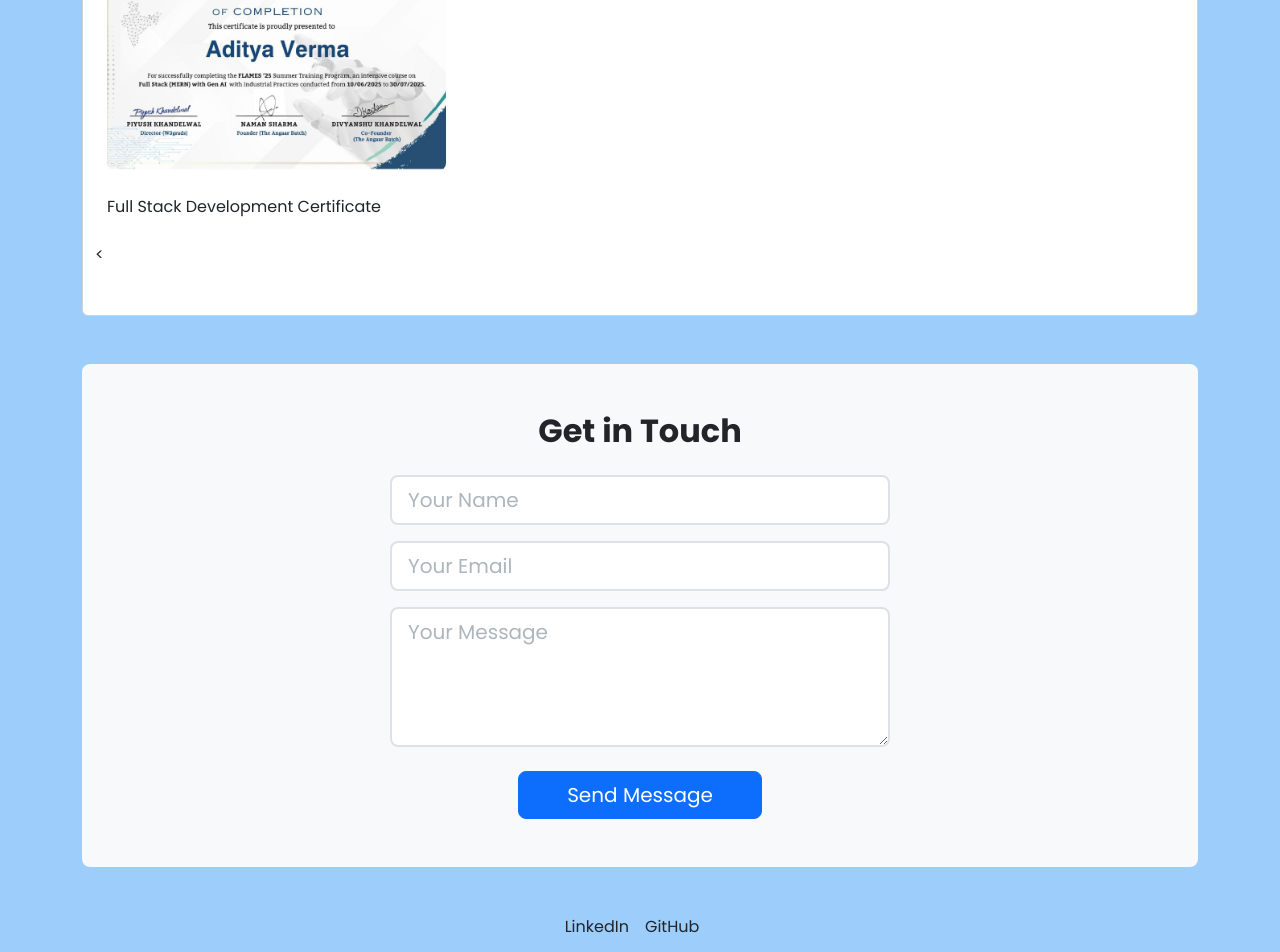
Repository: AdityaTech-Pro/Portfolio-Aditya-Verma
Page: Aditya Portfolio/index.html
An editor plug-in stored every save of this project. The page is shown before and after the next save, followed by the edit.
The browser window is 1280 px wide. The pictures show the part of the page from y = 4511 to 5463 px (the page is 5554 px tall before and 5530 px after).

Above is the page before, as saved 2026-01-08 00:25:04.

### Aditya Portfolio/index.html
<!DOCTYPE html>
<html lang="en">

<head>
    <meta charset="UTF-8">
    <meta name="viewport" content="width=device-width, initial-scale=1.0">
    <title>My Portfolio - Bootstrap Utilities</title>
    <!-- Bootstrap CSS -->
    <link href="https://cdn.jsdelivr.net/npm/bootstrap@5.3.2/dist/css/bootstrap.min.css" rel="stylesheet">
    <!-- Font Awesome for icons -->
    <link rel="stylesheet" href="https://cdnjs.cloudflare.com/ajax/libs/font-awesome/6.4.2/css/all.min.css">
    <!-- Google Font: Poppins -->
    <link href="https://fonts.googleapis.com/css2?family=Poppins:wght@300;400;600;700&display=swap" rel="stylesheet">
    <!-- Local custom styles -->
    <link rel="stylesheet" href="styles.css">
    <style>
        /* Custom styles to complement Bootstrap */

         :root {
            --bg: #9dcdfa;
            --card-bg: #ffffff;
            --accent: #0d6efd;
            --text: #212529;
        }

        body {
            background-color: var(--bg);
            color: var(--text);
            transition: background-color 0.3s ease, color 0.3s ease;
        }

        .profile-section {
            background: linear-gradient(to bottom, #f8f9fa, #e9ecef);
            transition: transform 0.3s ease, background 0.3s ease;
        }
        /* Top bar with theme toggle */

        .topbar {
            display: flex;
            justify-content: flex-end;
            align-items: center;
            gap: 1rem;
            margin-bottom: 1rem;
        }

        .theme-toggle {
            display: inline-flex;
            align-items: center;
            gap: 0.5rem;
            background: transparent;
            border: 1px solid rgba(0, 0, 0, 0.08);
            padding: 0.6rem 1rem;
            border-radius: 999px;
            cursor: pointer;
            color: var(--text);
            transition: all 0.3s ease;
        }

        .theme-toggle:hover {
            background: rgba(0, 0, 0, 0.05);
            transform: translateY(-1px);
        }

        .theme-toggle:active {
            transform: translateY(1px);
        }

        .theme-toggle i {
            font-size: 1.1rem;
        }

        .theme-toggle .fa-sun {
            color: #ff9500;
        }

        .theme-toggle .fa-moon {
            display: none;
            color: #6366f1;
        }

        .dark-theme .theme-toggle .fa-sun {
            display: none;
        }

        .dark-theme .theme-toggle .fa-moon {
            display: inline-block;
        }

        .btn-custom {
            transition: transform 0.3s ease;
        }

        .btn-custom:hover {
            transform: translateY(-2px);
        }

        .form-control:focus {
            box-shadow: 0 0 0 0.25rem rgba(13, 110, 253, 0.2);
        }

        .profile-img {
            width: 200px;
            height: 200px;
            object-fit: cover;
            border: 4px solid white;
            box-shadow: 0 4px 6px rgba(0, 0, 0, 0.1);
            transition: transform 0.25s ease;
        }

        .profile-img:hover {
            transform: scale(1.03);
        }
        /* Dark theme overrides */

        body.dark-theme {
            --bg: #0f1724;
            --card-bg: #111827;
            --muted: #9ca3af;
            --accent: #60a5fa;
            --text: #e6eef8;
        }

        .dark-theme .profile-section {
            background: linear-gradient(180deg, rgba(255, 255, 255, 0.02), rgba(255, 255, 255, 0.01));
        }

        .dark-theme .bg-light {
            background-color: #0b1220 !important;
            color: var(--text) !important;
            border: 1px solid rgba(255, 255, 255, 0.04);
        }

        .dark-theme .text-muted {
            color: var(--muted) !important;
        }

        .dark-theme .theme-toggle {
            border-color: rgba(255, 255, 255, 0.1);
        }

        .dark-theme .theme-toggle:hover {
            background: rgba(255, 255, 255, 0.05);
        }
        /* Small polish */

        .max-width-500 {
            max-width: 500px;
        }

        footer a {
            color: inherit;
        }

        @media (max-width: 768px) {
            .profile-img {
                width: 150px;
                height: 150px;
            }
            .topbar {
                justify-content: center;
            }
        }
        /* Project section styles */

        .project-img {
            height: 250px;
            object-fit: cover;
            border-radius: 8px;
        }

        .project-card {
            transition: transform 0.3s ease;
            background: var(--card-bg);
        }

        .project-card:hover {
            transform: translateY(-5px);
        }

        .project-links a {
            transition: opacity 0.3s ease;
        }

        .project-links a:hover {
            opacity: 0.8;
        }

        .video-container {
            position: relative;
            padding-bottom: 56.25%;
            /* 16:9 aspect ratio */
            height: 0;
            overflow: hidden;
            border-radius: 8px;
        }

        .video-container iframe {
            position: absolute;
            top: 0;
            left: 0;
            width: 100%;
            height: 100%;
            border: 0;
        }
    </style>
</head>

<body>
    <!-- Main Container -->
    <div class="container py-5">
        <!-- Top bar: theme toggle and quick actions -->
        <div class="topbar">
            <button id="themeToggle" class="theme-toggle" aria-pressed="false" aria-label="Toggle dark mode">
                <i class="fas fa-sun" aria-hidden="true"></i>
                <i class="fas fa-moon" aria-hidden="true"></i>
                <span class="visually-hidden">Toggle theme</span>
            </button>
        </div>
        <!-- Profile Section -->
        <section class="profile-section p-5 rounded-3 text-center mb-5">
            <img src="https://avatars.githubusercontent.com/u/219658559?s=400&u=7e5a78b2bf82817b3f897e4e53b1019b24af58ee&v=4" alt="Profile Picture" class="profile-img img-fluid rounded-circle mb-4">

            <h1 class="fw-bold mb-2">Aditya Verma</h1>
            <p class="text-muted fs-5 mb-4">Full Stack Web Developer who loves turning ideas into high-performance web applications. With expertise in full-stack MERN development, APIs, and AI 🧠⚙️, I focus on building smart, scalable solutions, Have Command on DSA while solving 500+
                Problem on Leetcode and Well aware about Oop 's ,DBMS ,Computer Network, OS</p>

            <!-- Action Buttons -->
            <div class="d-flex justify-content-center gap-3 mb-5">
                <button class="btn btn-primary btn-lg btn-custom">
                    Hire Me
                </button>
                <a href="./assets/AdityaVerma_Resume.pdf" class="btn btn-outline-primary " download>
                    <i class="fas fa-download me-2"></i>Download CV
                </a>
                <a href="https://www.linkedin.com/in/9905adityaverma/" class="btn btn-outline-primary " target="_blank ">
                    <i class="fa:linkedin-square"></i>My LinkedIn
                </a>
                <a href="https://github.com/AdityaTech-Pro" class="btn btn-outline-primary " target="_blank ">
                    <i class="fab fa-github me-2 "></i>My GitHub
                </a>

            </div>
        </section>

        <!-- Projects Section -->
        <section class="mb-5">
            <h2 class="text-center fw-bold mb-5"> My Projects</h2>

            <!--Project1-->
            <div class="card project-card mb-5">
                <div class="card-body p-4">
                    <h3 class="card-title fw-bold mb-3">AI-Based-Investor-Startup-Matchmaking-Platform</h3>

                    <!-- Project Images -->
                    <div class="row g-4 mb-4">
                        <div class="col-md-4">
                            <img src="./assets/P1a.png" alt="Project Screenshot 1" class="project-img img-fluid w-100">
                        </div>
                        <div class="col-md-4">
                            <img src="./assets/P1b.png" alt="Project Screenshot 2" class="project-img img-fluid w-100">
                        </div>
                        <div class="col-md-4">
                            <img src="./assets/P1c.png" alt="Project Screenshot 3" class="project-img img-fluid w-100">
                        </div>
                    </div>

                    <!-- Project Video -->
                    <div class="video-container mb-4">
                        <iframe src="./assets/Project (AI based S&IP).mp4" title="Project Demo " allow="accelerometer; autoplay; clipboard-write; encrypted-media; gyroscope; picture-in-picture " allowfullscreen></iframe>
                    </div>

                    <!-- Project Description -->
                    <p class="card-text mb-4 ">
                        An innovative platform that uses artificial intelligence to match investors with promising startups based on various parameters including industry focus, investment stage, funding requirements, and growth metrics.
                    </p>

                    <!-- Project Links -->
                    <div class="project-links d-flex gap-3 ">
                        <a href="http://localhost:3000 " class="btn btn-outline-primary " target="_blank ">
                            <i class="fas fa-laptop-code me-2 "></i>Live Demo
                        </a>
                        <a href="https://github.com/KS-Vijay/AI-Based-Investor-Startup-Matchmaking-Platform " class="btn btn-outline-dark " target="_blank ">
                            <i class="fab fa-github me-2 "></i>GitHub Repository
                        </a>
                    </div>
                </div>
            </div>

            <!--Project2-->
            <div class="card project-card mb-5 ">
                <div class="card-body p-4 ">
                    <h3 class="card-title fw-bold mb-3 ">Lung Cancer Detection using Convolutional Neural Network (CNN)</h3>

                    <!-- Project Images -->
                    <div class="row g-4 mb-4 ">
                        <div class="col-md-4 ">
                            <img src="./assets/P2a.png " alt="Project Screenshot 1 " class="project-img img-fluid w-100 ">
                        </div>
                        <div class="col-md-4 ">
                            <img src="./assets/P2b.png " alt="Project Screenshot 2 " class="project-img img-fluid w-100 ">
                        </div>
                        <div class="col-md-4 ">
                            <img src="./assets/P2c.png " alt="Project Screenshot 3 " class="project-img img-fluid w-100 ">
                        </div>
                    </div>

                    <!-- Project Video -->
                    <div class="video-container mb-4 ">
                        <iframe src="./assets/Project Lung Cancer Detection using Full Stack MERN and AIML CNN Model.mp4 " title="Project Demo " allow="accelerometer; autoplay; clipboard-write; encrypted-media; gyroscope; picture-in-picture " allowfullscreen></iframe>
                    </div>

                    <!-- Project Description -->
                    <p class="card-text mb-4 ">
                        An innovative platform that uses artificial intelligence to match investors with promising startups based on various parameters including industry focus, investment stage, funding requirements, and growth metrics.
                    </p>

                    <!-- Project Links -->
                    <div class="project-links d-flex gap-3 ">
                        <a href="http://localhost:3000 " class="btn btn-outline-primary " target="_blank ">
                            <i class="fas fa-laptop-code me-2 "></i>Live Demo
                        </a>
                        <a href="https://github.com/AdityaTech-Pro/Lung-Cancer-Detection-using-Convolutional-Neural-Network" class="btn btn-outline-dark " target="_blank ">
                            <i class="fab fa-github me-2 "></i>GitHub Repository
                        </a>
                    </div>
                </div>
            </div>

            <!--Project3-->
            <div class="card project-card mb-5 ">
                <div class="card-body p-4 ">
                    <h3 class="card-title fw-bold mb-3 ">Braj Museum</h3>

                    <!-- Project Images -->
                    <div class="row g-4 mb-4 ">
                        <div class="col-md-4 ">
                            <img src="./assets/P3a.png " alt="Project Screenshot 1 " class="project-img img-fluid w-100 ">
                        </div>
                        <div class="col-md-4 ">
                            <img src="./assets/P3b.png " alt="Project Screenshot 2 " class="project-img img-fluid w-100 ">
                        </div>
                        <div class="col-md-4 ">
                            <img src="./assets/P3c.png " alt="Project Screenshot 3 " class="project-img img-fluid w-100 ">
                        </div>
                    </div>

                    <!-- Project Video -->
                    <div class="video-container mb-4 ">
                        <iframe src="./assets/Braj-Museum.mp4 " title="Project Demo " allow="accelerometer; autoplay; clipboard-write; encrypted-media; gyroscope; picture-in-picture " allowfullscreen></iframe>
                    </div>

                    <!-- Project Description -->
                    <p class="card-text mb-4 ">
                        An innovative platform that uses artificial intelligence to match investors with promising startups based on various parameters including industry focus, investment stage, funding requirements, and growth metrics.
                    </p>

                    <!-- Project Links -->
                    <div class="project-links d-flex gap-3 ">
                        <a href="http://localhost:3000 " class="btn btn-outline-primary " target="_blank ">
                            <i class="fas fa-laptop-code me-2 "></i>Live Demo
                        </a>
                        <a href="https://github.com/AdityaTech-Pro/Braj-Museum " class="btn btn-outline-dark " target="_blank ">
                            <i class="fab fa-github me-2 "></i>GitHub Repository
                        </a>
                    </div>
                </div>
            </div>
        </section>

        <section class="mb-5">
            <h2 class="text-center fw-bold mb-5"> My Projects</h2>
            <!--Certificate1-->
            <div class="card project-card mb-5">
                <div class="card-body p-4">
                    <div class="row g-4 mb-4">
                        <!--Image-->
                        <div class="col-md-4">
                            <img src="./assets/Full Stack Dev Certificate1.png" alt="Project Screenshot 1" class="project-img img-fluid w-100">
                        </div>
                        <!--Certificate name and Describtion-->
                        <p class="card-text mb-4 ">
                            Full Stack Development Certificate
                        </p>
                        < </div>


                    </div>
                </div>
        </section>

        <!-- Contact Form Section -->
        <section class="bg-light p-5 rounded-3 ">
            <h2 class="text-center fw-bold mb-4 ">Get in Touch</h2>

            <form class="max-width-500 mx-auto ">
                <div class="mb-3 ">
                    <input type="text " class="form-control form-control-lg " placeholder="Your Name " required>
                </div>

                <div class="mb-3 ">
                    <input type="email " class="form-control form-control-lg " placeholder="Your Email " required>
                </div>

                <div class="mb-4 ">
                    <textarea class="form-control form-control-lg " rows="4 " placeholder="Your Message " required></textarea>
                </div>

                <div class="text-center ">
                    <button type="submit " class="btn btn-primary btn-lg px-5 btn-custom ">
                        Send Message
                    </button>
                </div>
            </form>
        </section>

        <!-- Footer -->
        <footer class="text-center mt-5 ">
            <div class="d-flex justify-content-center gap-3 ">
                <a href="https://www.linkedin.com/in/aditya-verma-2a3915289/ " class="text-decoration-none text-dark ">LinkedIn</a>
                <a href="https://github.com/AdityaTech-Pro " class="text-decoration-none text-dark ">GitHub</a>
                <a href="# " class="text-decoration-none text-dark "></a>
            </div>
            <p class="text-muted mt-3 ">&copy; 2025 My Portfolio. All rights reserved.</p>
        </footer>
        </div>

        <!-- Theme toggle script -->
        <script>
            (function() {
                const toggle = document.getElementById('themeToggle');
                const body = document.body;
                const saved = localStorage.getItem('theme');

                if (!toggle) return;

                function applyTheme(theme) {
                    if (theme === 'dark') {
                        body.classList.add('dark-theme');
                        toggle.setAttribute('aria-pressed', 'true');
                    } else {
                        body.classList.remove('dark-theme');
                        toggle.setAttribute('aria-pressed', 'false');
                    }
                }

                // initial theme: saved -> user preference -> light
                if (saved) {
                    applyTheme(saved);
                } else if (window.matchMedia && window.matchMedia('(prefers-color-scheme: dark)').matches) {
                    applyTheme('dark');
                }

                toggle.addEventListener('click', function() {
                    const isDark = body.classList.toggle('dark-theme');
                    localStorage.setItem('theme', isDark ? 'dark' : 'light');
                    toggle.setAttribute('aria-pressed', String(isDark));
                });
            })();
        </script>

        <!-- Bootstrap JS -->
        <script src="https://cdn.jsdelivr.net/npm/bootstrap@5.3.2/dist/js/bootstrap.bundle.min.js "></script>
</body>

</html>

Loaded but not shown: Aditya Portfolio/styles.css (213 lines, source omitted)

After the next save:
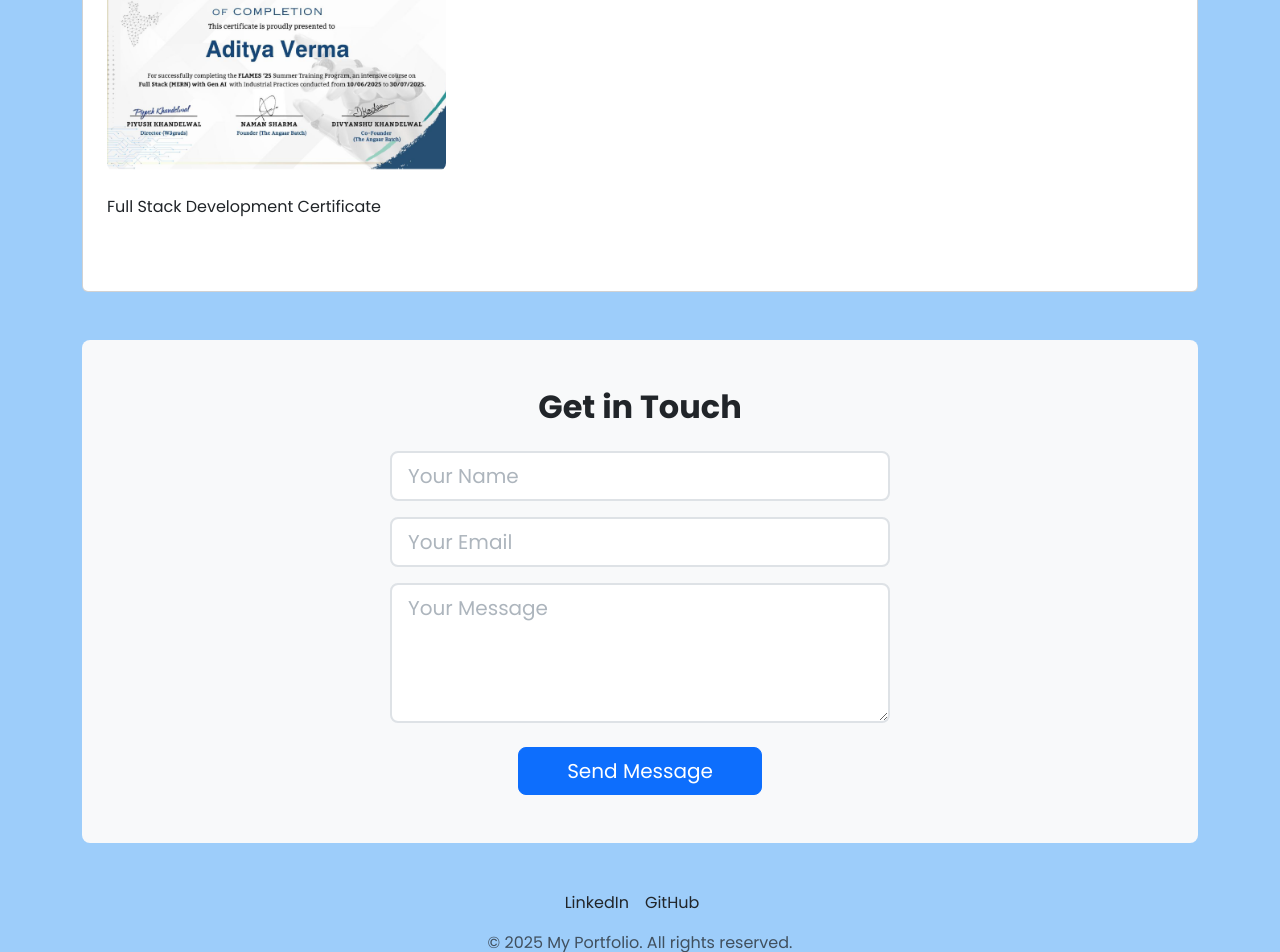
Saved 19 s later.
--- a/Aditya Portfolio/index.html
+++ b/Aditya Portfolio/index.html
@@ -381,11 +381,11 @@
                         <p class="card-text mb-4 ">
                             Full Stack Development Certificate
                         </p>
-                        < </div>
-
-
-                    </div>
-                </div>
+                    </div>
+
+
+                </div>
+            </div>
         </section>
 
         <!-- Contact Form Section -->
@@ -422,44 +422,44 @@
             </div>
             <p class="text-muted mt-3 ">&copy; 2025 My Portfolio. All rights reserved.</p>
         </footer>
-        </div>
-
-        <!-- Theme toggle script -->
-        <script>
-            (function() {
-                const toggle = document.getElementById('themeToggle');
-                const body = document.body;
-                const saved = localStorage.getItem('theme');
-
-                if (!toggle) return;
-
-                function applyTheme(theme) {
-                    if (theme === 'dark') {
-                        body.classList.add('dark-theme');
-                        toggle.setAttribute('aria-pressed', 'true');
-                    } else {
-                        body.classList.remove('dark-theme');
-                        toggle.setAttribute('aria-pressed', 'false');
-                    }
+    </div>
+
+    <!-- Theme toggle script -->
+    <script>
+        (function() {
+            const toggle = document.getElementById('themeToggle');
+            const body = document.body;
+            const saved = localStorage.getItem('theme');
+
+            if (!toggle) return;
+
+            function applyTheme(theme) {
+                if (theme === 'dark') {
+                    body.classList.add('dark-theme');
+                    toggle.setAttribute('aria-pressed', 'true');
+                } else {
+                    body.classList.remove('dark-theme');
+                    toggle.setAttribute('aria-pressed', 'false');
                 }
-
-                // initial theme: saved -> user preference -> light
-                if (saved) {
-                    applyTheme(saved);
-                } else if (window.matchMedia && window.matchMedia('(prefers-color-scheme: dark)').matches) {
-                    applyTheme('dark');
-                }
-
-                toggle.addEventListener('click', function() {
-                    const isDark = body.classList.toggle('dark-theme');
-                    localStorage.setItem('theme', isDark ? 'dark' : 'light');
-                    toggle.setAttribute('aria-pressed', String(isDark));
-                });
-            })();
-        </script>
-
-        <!-- Bootstrap JS -->
-        <script src="https://cdn.jsdelivr.net/npm/bootstrap@5.3.2/dist/js/bootstrap.bundle.min.js "></script>
+            }
+
+            // initial theme: saved -> user preference -> light
+            if (saved) {
+                applyTheme(saved);
+            } else if (window.matchMedia && window.matchMedia('(prefers-color-scheme: dark)').matches) {
+                applyTheme('dark');
+            }
+
+            toggle.addEventListener('click', function() {
+                const isDark = body.classList.toggle('dark-theme');
+                localStorage.setItem('theme', isDark ? 'dark' : 'light');
+                toggle.setAttribute('aria-pressed', String(isDark));
+            });
+        })();
+    </script>
+
+    <!-- Bootstrap JS -->
+    <script src="https://cdn.jsdelivr.net/npm/bootstrap@5.3.2/dist/js/bootstrap.bundle.min.js "></script>
 </body>
 
 </html>
